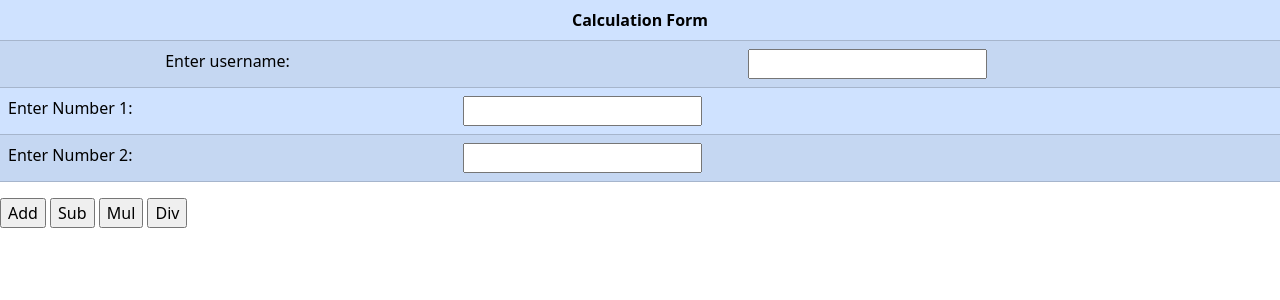
Repository: nyeinsu4520/coursera-test
Page: http://localhost/J2P_J2EE/calculation_form.jsp
The author's editor kept a copy of each file at every save. The page is drawn from the files as they stood at one save, then again after the next save.
The browser window is 1280 px wide. The pictures show the whole page.
The page is served by Tomcat 9.

Above is the page before, as saved 2024-05-26 12:31:31.

After the next save:
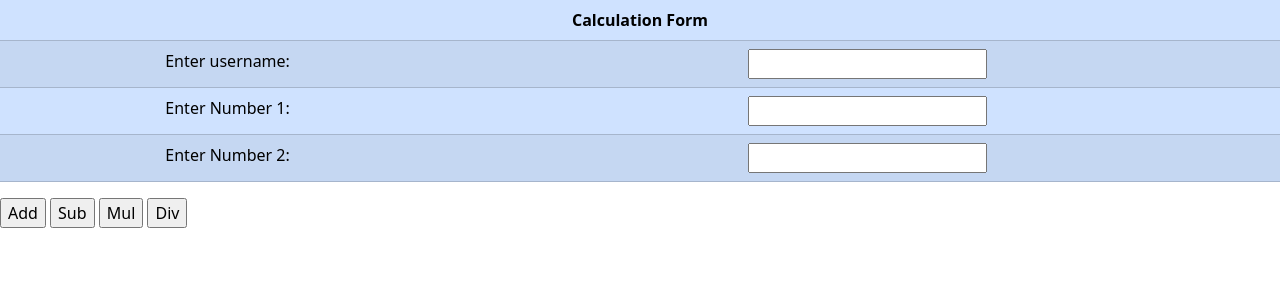
Saved 10 s later.
--- a/J2P_J2EE/src/main/webapp/calculation_form.jsp
+++ b/J2P_J2EE/src/main/webapp/calculation_form.jsp
@@ -20,11 +20,11 @@
   		<td>Enter username: </td>
   		<td><input type="text" name="uname"></td>
   	</tr>
-  	<tr>
+  	<tr style="text-align:center">
   		<td>Enter Number 1: </td>
   		<td><input type="text" name="num1"></td>
   	</tr>
-  	<tr>
+  	<tr style="text-align:center">
   		<td>Enter Number 2: </td>
   		<td><input type="text" name="num2"></td>
   	</tr>
